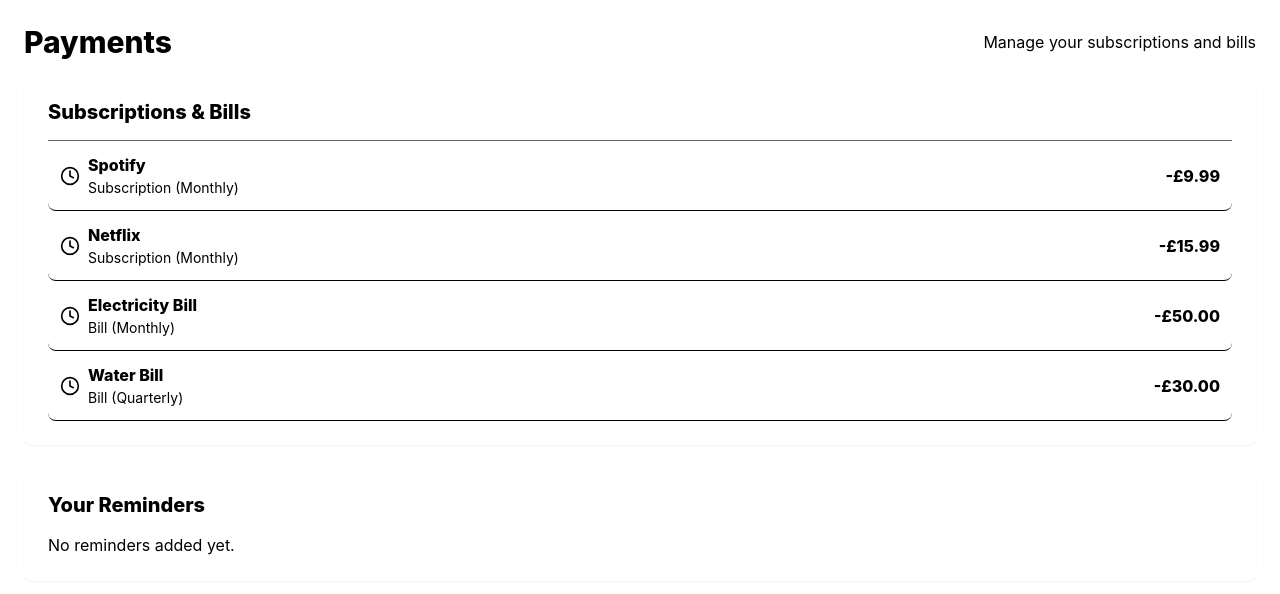
Repository: ellamcmorrow/banking-reminder
Page: /reminder
The author's editor kept a copy of each file at every save. The page is drawn from the files as they stood at one save, then again after the next save.
The browser window is 1280 px wide. The pictures show the whole page.
The project was rebuilt for these pictures with package versions that can differ from the ones it lists, and the page was loaded fresh each time. The framework's server and built-in components were replaced by stand-ins that run in the browser. Also part of the build but not shown: next.config.js.

Above is the page before, as saved 2024-12-01 18:38:24.

After the next save:
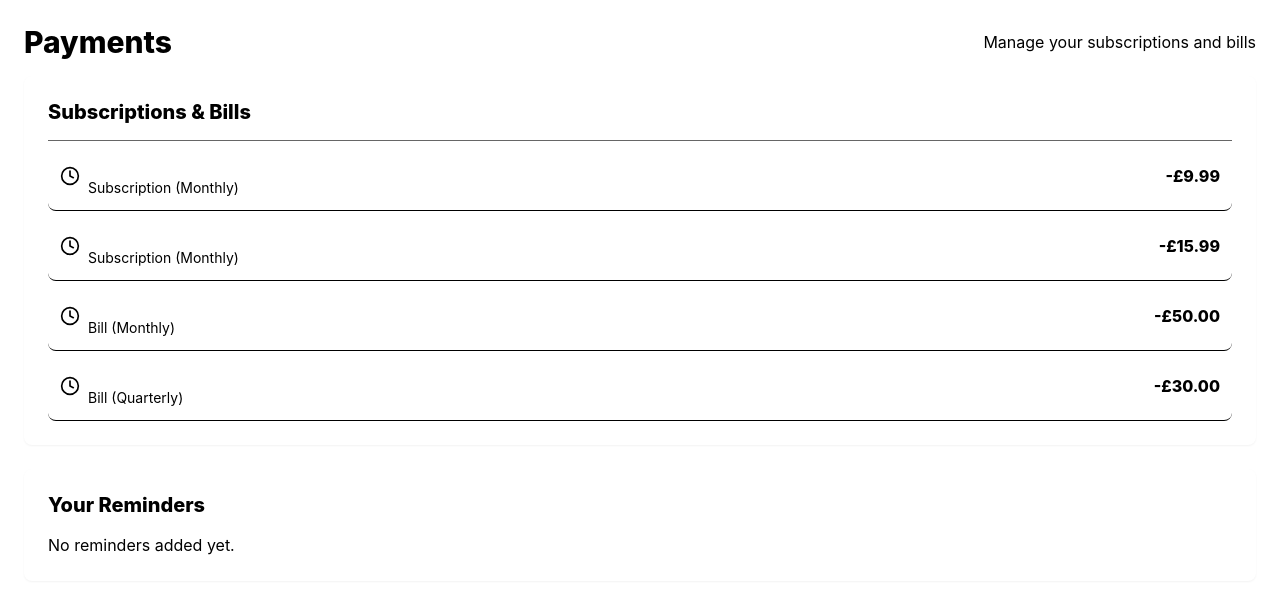
Saved 19 min 29 s later.
--- a/src/pages/reminder.tsx
+++ b/src/pages/reminder.tsx
@@ -155,7 +155,7 @@
             <HStack>
               <Icon as={FiClock} boxSize={5} color="black" />
               <VStack align="start" spacing={0}>
-                <Text fontWeight="bold" color="black" >
+                <Text fontWeight="bold" color="white" >
                   {payment.name}
                 </Text>
                 <Text fontSize="sm" color="black"      _hover={{

After the save that followed:
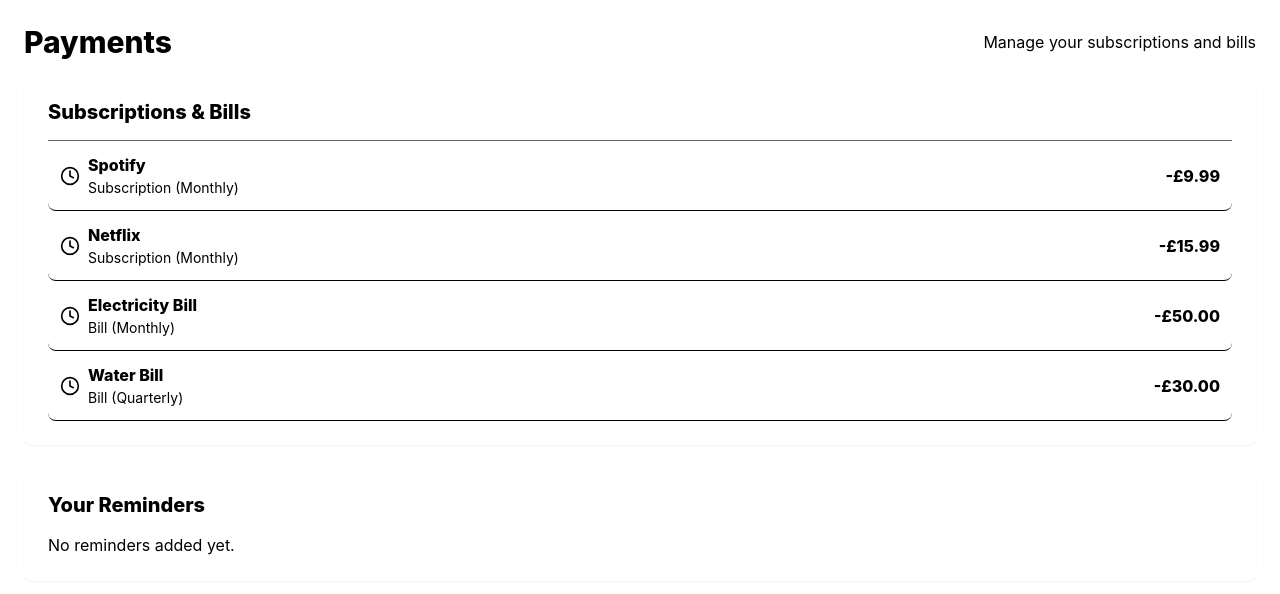
Saved 7 s later.
--- a/src/pages/reminder.tsx
+++ b/src/pages/reminder.tsx
@@ -155,7 +155,7 @@
             <HStack>
               <Icon as={FiClock} boxSize={5} color="black" />
               <VStack align="start" spacing={0}>
-                <Text fontWeight="bold" color="white" >
+                <Text fontWeight="bold" color="black" >
                   {payment.name}
                 </Text>
                 <Text fontSize="sm" color="black"      _hover={{
